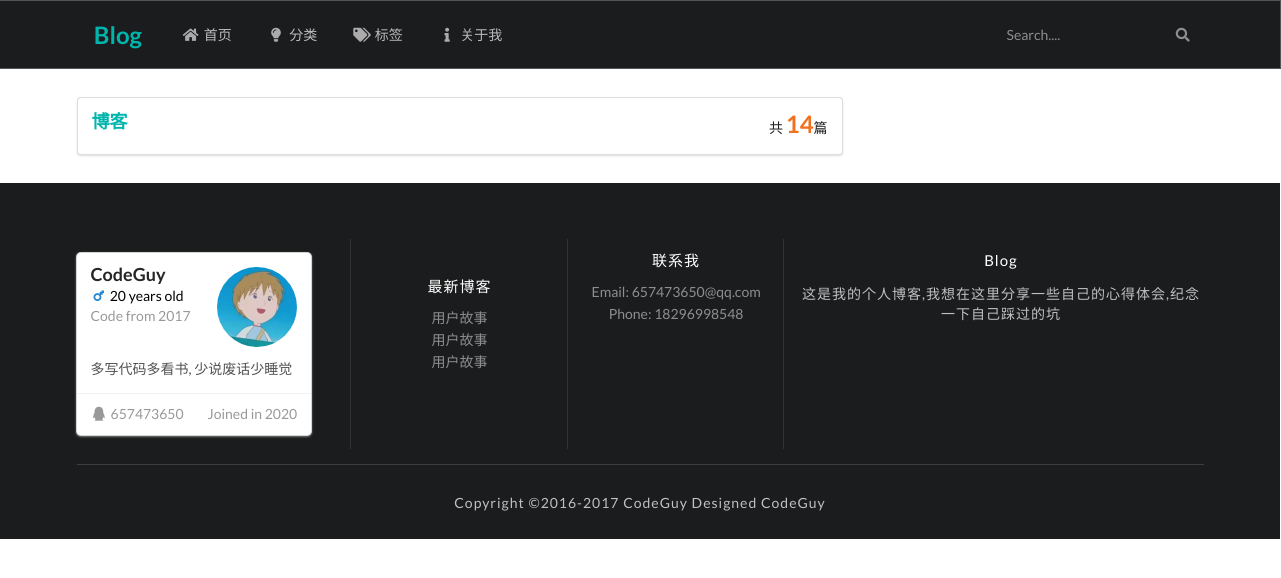
Repository: GOGOHQ/myblog
Page: index.html
The author's editor kept a copy of each file at every save. The page is drawn from the files as they stood at one save, then again after the next save.
The browser window is 1280 px wide. The page is 1281 px wide, so the pictures cover 1281 px, including what lies to the right of the window. The pictures show the whole page.
Some web libraries are served in a nearby version.

Above is the page before, as saved 2020-01-16 18:52:51.

### index.html
<!DOCTYPE html>
<html lang="en">

<head>
    <meta charset="UTF-8">
    <meta name="viewport" content="width=device-width, inital-scale=1.0">
    <title>首页</title>
    <link rel="stylesheet" href="static/css/me.css">
    <link rel="stylesheet" href="https://cdn.jsdelivr.net/semantic-ui/2.2.4/semantic.min.css">
    <script src="https://cdn.jsdelivr.net/npm/jquery@3.2/dist/jqurey.min.js"></script>
    <script src="https://cdn.jsdelivr.net/semantic-ui/2.2.4/semantic.min.js"></script>
</head>

<body>
<!-- 导航 -->
<nav class="ui inverted  attached  segment m-padded-tb-mini">
    <div class="ui container">
        <div class="ui secondary inverted menu">
            <h2 class="ui teal header item">Blog</h2>
            <a href="#" class="item"><i class="home icon"></i>首页</a>
            <a href="#" class="item"><i class="idea icon"></i>分类</a>
            <a href="#" class="item"><i class="tags icon"></i>标签</a>
            <a href="#" class="item"><i class="info icon"></i>关于我</a>
            <div class="right item">
                <div class="ui icon  inverted transparent input">
                    <input type="text" placeholder="Search....">
                    <i class="search link icon"></i>
                </div>
            </div>
        </div>
    </div>
</nav>
<!-- 内容 -->
<div class="m-padded-tb-large">
    <div class="ui container">
        <div class="ui grid">
            <div class="eleven wide column">
                <div class="ui segment">
                    <div class="ui two column grid">
                        <div class="column">
                            <h3 class="ui teal header">博客</h3>
                        </div>
                        <div class="right aligned column">
                            共
                            <h2 class="ui orange header m-inline-block">14</h2>篇
                        </div>
                    </div>
                </div>
            </div>
            <div class="five wide column"></div>
        </div>
    </div>
</div>
<!-- 底部 -->
<footer class="ui inverted vertical segment m-padded-tb-massive">
    <div class="ui center aligned container" style="height:230px">
        <div class="ui inverted divided grid fluid">
            <div class="four wide column left aligned" style="padding-right: 40px;">
                <div class="ui card">
                    <div class="content">
                        <img class="right circular floated tiny ui image" src="static/images/avatar.jpg">
                        <div class="header">
                            CodeGuy
                        </div>
                        <div class="meta">
                            <i class="icon blue mars stroke" style="margin:0px"></i>
                            <text style="color:black;">20 years old</text>
                        </div>
                        <div class="meta">
                            Code from 2017
                        </div>
                        <div class="description">
                            多写代码多看书, 少说废话少睡觉
                        </div>
                    </div>
                    <div class="extra content">
                        <a>
                            <i class="qq icon"></i>657473650
                        </a>
                        <span class="right floated">
                                    Joined in 2020
                                  </span>
                    </div>
                </div>
            </div>
            <div class="center aligned three wide column m-padded-top-middle">
                <h4 class="ui inverted header m-text-thin m-text-spaced">最新博客</h4>
                <div class="ui inverted link list">
                    <a href="#" class="item">用户故事</a>
                    <a href="#" class="item">用户故事</a>
                    <a href="#" class="item">用户故事</a>
                </div>
            </div>
            <div class="center aligned three wide column m-padded-t-middle">
                <h4 class="ui inverted header m-text-thin m-text-spaced">联系我</h4>
                <div class="ui inverted link list">
                    <a href="#" class="item">Email: 657473650@qq.com</a>
                    <a href="#" class="item">Phone: 18296998548</a>

                </div>
            </div>
            <div class="six wide column m-padded-t-middle">
                <h4 class="ui inverted header m-text-thin m-text-spaced">Blog</h4>
                <p class="m-text-thin m-text-spaced m-text-mini-opacity">这是我的个人博客,我想在这里分享一些自己的心得体会,纪念一下自己踩过的坑</p>
            </div>
        </div>
        <div class="ui inverted section divider"></div>
        <p class="m-text-thin m-text-spaced m-text-mini-opacity">Copyright ©2016-2017 CodeGuy Designed CodeGuy</p>
    </div>
</footer>
</body>


</html>

### static/css/me.css
.m-padded-tb-mini {
    padding-top: 0.2em !important;
    padding-bottom: 0.2em !important;
}

.m-padded-top-middle {
    padding-top: 40px !important
}

.m-padded-tb-massive {
    padding-top: 5em !important;
    padding-bottom: 5em !important;
}

.m-padded-tb-large {
    padding-top: 2em !important;
    padding-bottom: 2em !important;
}

.m-padded-tb-big {
    padding-top: 3em !important;
    padding-bottom: 3em !important;
}

.m-padded-tb-tiny {
    padding-top: 0.3em !important;
    padding-bottom: 0.3em !important;
}

.m-padded-tb-huge {
    padding-top: 4em !important;
    padding-bottom: 4em !important;
}

.m-padded-tb {
    padding-top: 1em !important;
    padding-bottom: 1em !important;
}

.m-padded-tb-small {
    padding-top: 0.5em !important;
    padding-bottom: 0.5em !important;
}


/* text */

.m-text-thin {
    font-weight: 400 !important
}

.m-text-spaced {
    letter-spacing: 1px !important
}

.m-text-lined {
    line-height: 1.8 !important
}

.m-text-mini-opacity {
    opacity: 0.8 !important
}


/* display */

.m-inline-block {
    display: inline-block !important;
}

After the next save:
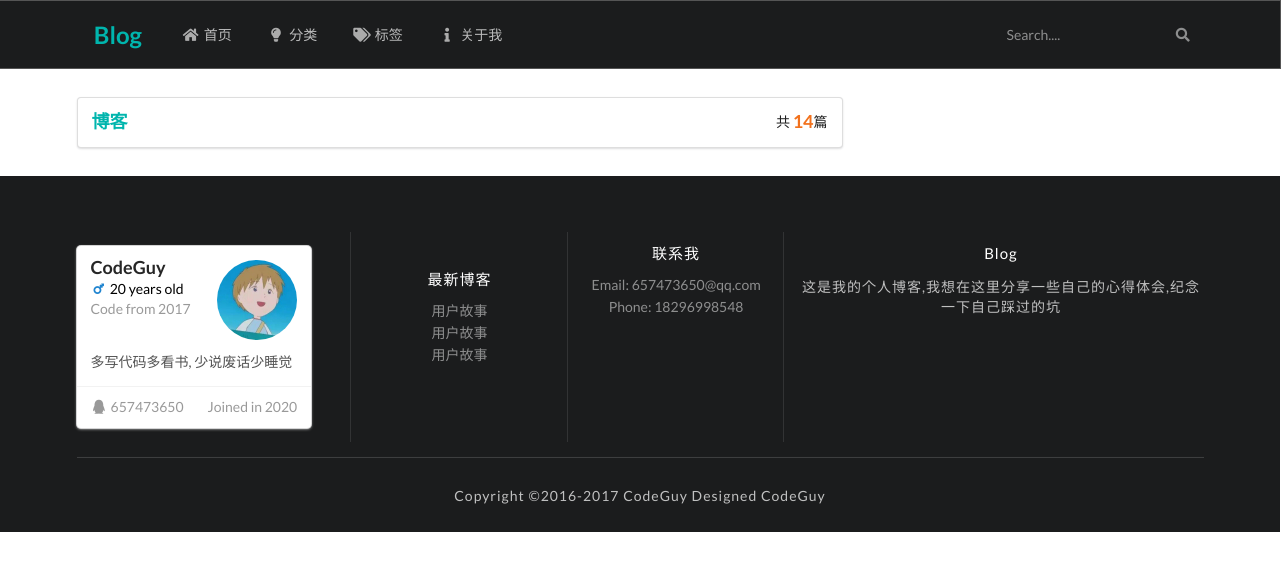
Saved 9 s later.
--- a/index.html
+++ b/index.html
@@ -42,7 +42,7 @@
                         </div>
                         <div class="right aligned column">
                             共
-                            <h2 class="ui orange header m-inline-block">14</h2>篇
+                            <h3 class="ui orange header m-inline-block">14</h3>篇
                         </div>
                     </div>
                 </div>

After the save that followed:
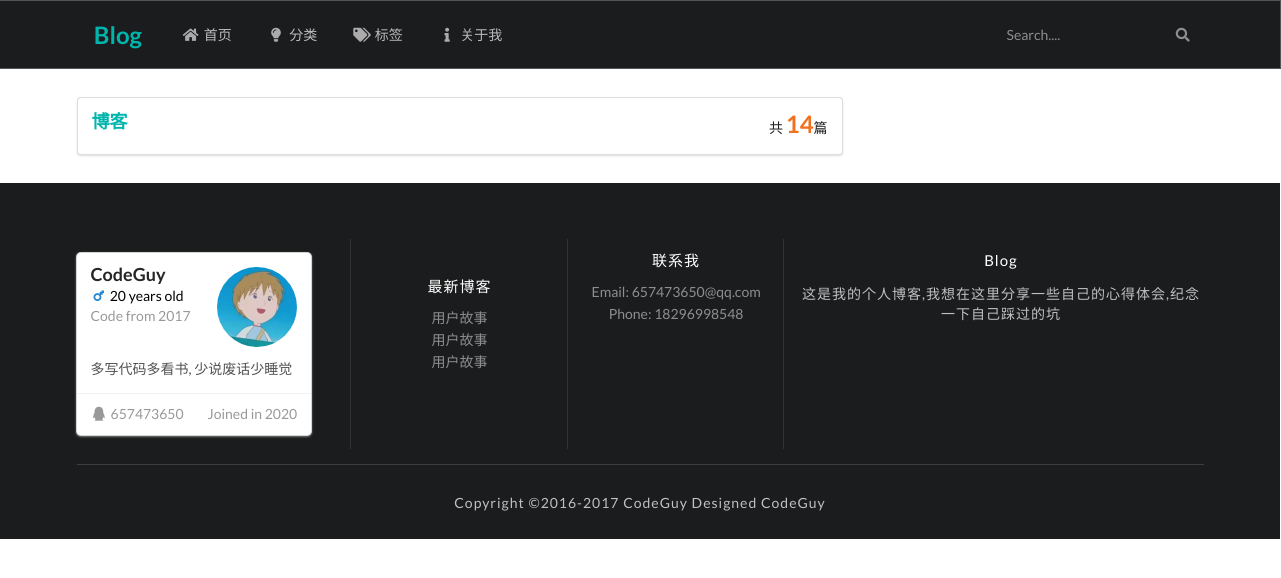
Saved 12 s later.
--- a/index.html
+++ b/index.html
@@ -42,7 +42,7 @@
                         </div>
                         <div class="right aligned column">
                             共
-                            <h3 class="ui orange header m-inline-block">14</h3>篇
+                            <h2 class="ui orange header m-inline-block">14</h2>篇
                         </div>
                     </div>
                 </div>
